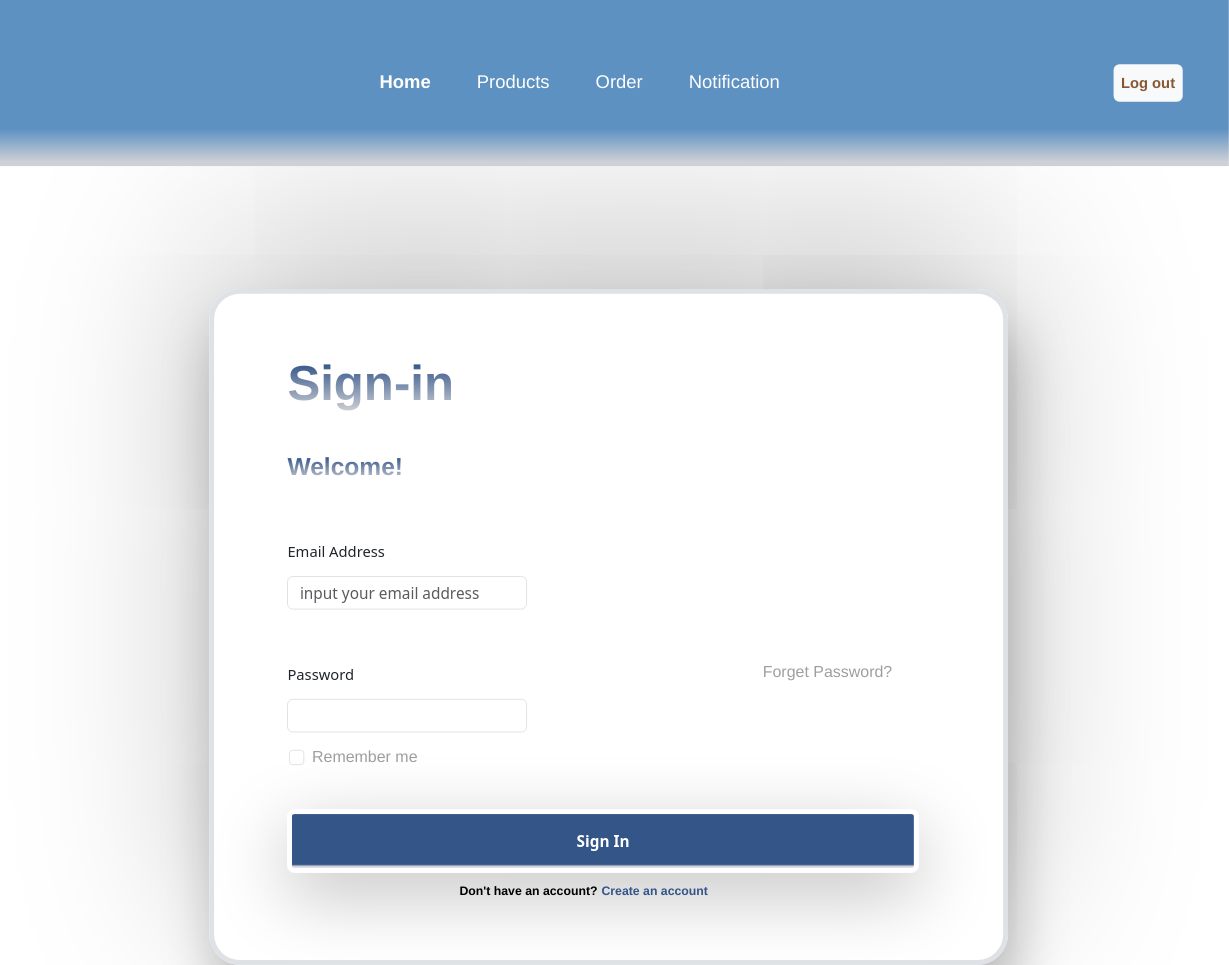
Repository: OVictor21/inventory
Page: /
These files come from the project's save history. The page is drawn as it stood at one moment and after the next save; the edit follows.
The browser window is 1280 px wide. The pictures show the whole page, at 96% of full size.
The project was rebuilt for these pictures with package versions that can differ from the ones it lists, and the page was loaded fresh each time.

Above is the page before, as saved 2024-12-14 04:14:26.

### src/index.css

nav {
  background-color: transparent;
  background: linear-gradient(180deg, rgb(93, 145, 194) 77.5%, rgb(206, 208, 214) 97.5%);

}

.navbar-brand img {
  max-width: 10vw;
  min-width: 5vw;
}

.nav-link.nav-text-current {
  font-family: "Montserrat", Helvetica;
  font-weight: 700;
  color: #ffffff;
  font-size: 1.5vw;
}

.nav-link.nav-text {
  font-family: "Montserrat", Helvetica;
  font-weight: 400;
  color: #ffffff;
  font-size: 1.5vw;
}

.nav-link.nav-text-2 {
  font-family: "Montserrat", Helvetica;
  font-weight: 600;
  color: rgb(136, 86, 51);
  font-size: 1.2vw;
}

.background {
  background-color: #000021;
}

/* .background-image {
  background-image: url('/public/back.png');
  background-size: cover;
  background-repeat: no-repeat;
  background-position: center;
  min-height: 100vh;
  color: white;
} */

.sign-in{
  width: 65vw;
  height: 55vw;
  box-shadow: 7px 37px 55px #00000040, 0px -54px 200px #00000040;
  left: 17vw;
  top: 10vw;
  overflow: hidden;
}


.text{
  top: 5vw;
  left: 6vw;
  background: linear-gradient(180deg, rgb(51, 85, 136) 13.5%, rgb(206, 208, 214) 100%);
  -webkit-background-clip: text !important;
  background-clip: text;
  -webkit-text-fill-color: transparent;
  text-fill-color: transparent;
  font-family: "Montserrat-Bold", Helvetica;
  font-weight: 700;
  color: transparent;
  font-size: 4vw;
  letter-spacing: 0;
  line-height: normal;
}



.text-wrapper-8 {
  background: linear-gradient(180deg, rgb(51, 85, 136) 13.5%, rgb(206, 208, 214) 100%);
  -webkit-background-clip: text !important;
  background-clip: text;
  -webkit-text-fill-color: transparent;
  text-fill-color: transparent;
  font-family: "Montserrat-Bold", Helvetica;
  font-weight: 600;
  color: transparent;
  font-size: 2vw;
  letter-spacing: 0;
  line-height: normal;
  top: 13vw;
  left: 6vw;
}

.email-text{
  font-size: 1.2vw;
}

.email{
  top: 20vw;
  left: 6vw;
}

.email-in{
  top: 23vw;
  left: 6vw;
  /* width: 20%; */
  height: 5%;
}

.pass{
  top: 30vw;
  left: 6vw;
}
.email-in, .pass-in {
  width: 80%; /* Reduces width to 50% of the parent */
  max-width: 250px; /* You can also set a max-width in pixels */
  box-sizing: border-box;
}
.pass-in{
  top: 33vw;
  left: 6vw;
  /* width: 80%; */
  height: 5%;
}

.text-wrapper-7{
  font-family: "Montserrat-Regular", Helvetica;
  font-weight: 400;
  color: #00000061;
  font-size: 1.3vw;
  letter-spacing: 0;
  line-height: normal;
  top: 30vw;
  text-decoration: none;
  right: 9vw;
}

.form-check-label{
  font-family: "Montserrat-Regular", Helvetica;
  font-weight: 400;
  color: #00000061;
  font-size: 1.3vw;
  letter-spacing: 0;
  line-height: normal;
  top: 37vw;
  left: 8vw;
}

.form-check-input{
  top: 36.8vw;
  left: 8vw;

}

.sign-btn{
  background: linear-gradient(180deg, rgb(51, 85, 136) 93.5%, rgb(206, 208, 214) 97%);
  font-family: "Montserrat-Bold", Helvetica;
  font-weight: 700;
  font-size: 4vw;
  letter-spacing: 0;
  line-height: normal;
  width: 80%;
  top: 42vw;
  left: 6vw;
  box-shadow: 0px 22px 75px #00000040;
}

.acct{
  font-family: "Montserrat-Regular", Helvetica;
  font-weight: 700;
  color: #000000;
  font-size: 1vw;
  letter-spacing: 0;
  line-height: normal;
  top: 48vw;
  left: 20vw;
}

.acct-1{
  font-family: "Montserrat-Bold", Helvetica;
  font-weight: 700;
  color: rgb(51, 85, 136);
  font-size: 1vw;
  text-decoration: none;
  letter-spacing: 0;
  line-height: normal;
  top: 48vw;
  right: 24vw;
}



.pass-text{
font-size: 1.2vw;
}

### src/App.js
import Navbar from './navbar';
import 'bootstrap/dist/css/bootstrap.min.css';
import Body from './body';


function App() {
  return (
    <div className="App">
      <Navbar />
      <Body />
    </div>
  );
}

export default App;

### src/navbar.js

const Navbar = () => {
    return (
        <nav className="navbar navbar-expand-md justify-content-center p-5 z-1">
        <button className="navbar-toggler ms-auto" type="button" data-bs-toggle="collapse" data-bs-target="#collapseNavbar">
            <span className="navbar-toggler-icon"></span>
        </button>

        <div className="navbar-collapse collapse" id="collapseNavbar">
            <ul className="navbar-nav justify-content-center w-100 ">
            <li className="nav-item m-3">
                <a className="nav-link nav-text-current" href="/home">Home</a>
            </li>
            <li className="nav-item m-3">
                <a className="nav-link nav-text" href="/products">Products</a>
            </li>
            <li className="nav-item m-3">
                <a className="nav-link nav-text" href="/order">Order</a>
            </li>
            <li className="nav-item m-3">
                <a className="nav-link nav-text" href="/notifications">Notification</a>
            </li>
            </ul>

            <ul className="navbar-nav ms-auto justify-content-end">
            <li className="nav-item bg-light rounded">
                <button className="nav-link nav-text-2 text-nowrap btn btn-link">Log out</button>

            </li>
            </ul>
        </div>
        </nav>



      );
}

export default Navbar;

### src/body.js
import React from 'react';

const Body = () => {
  return (
    <div className="login">

         <form >
        <div class="sign-in position-relative border border-5 rounded-5">
        <div class="mb-3">
            <p class="text position-absolute">Sign-in</p>
            <div class="text-wrapper-8 position-absolute">Welcome!</div>

          <label for="exampleInputEmail1" class="form-label email position-absolute"><span class="email-text"> Email Address</span></label>
          <input type="email" class="form-control email-in position-absolute" id="exampleInputEmail1" aria-describedby="emailHelp" placeholder="input your email address"/>
        </div>
        <div class="mb-3">
          <label for="exampleInputPassword1" class="form-label pass position-absolute"><span class="pass-text">Password</span> </label>
          <input type="password" class="form-control pass-in position-absolute" id="exampleInputPassword1"/>
          <a href="/forgotpassword" class="text-wrapper-7 position-absolute">Forget Password?</a>
        </div>

        <div class="mb-3 form-check">
            <input type="checkbox" class="form-check-input position-absolute" id="exampleCheck1"/>
            <label class="form-check-label position-absolute" for="exampleCheck1">Remember me</label>
          </div>
        <button type="submit" class="btn sign-btn position-absolute border-white border-5 rounded-3 p-3 text-white fw-bold">Sign In</button>
        <p  class="acct position-absolute">Don't have an account?</p> <a href="/createacct" class="acct-1 position-absolute">Create an account</a>


        </div>


    </form>

    </div>
  );
};

export default Body;

Loaded but not shown: public/index.html (common file); src/index.js (common file); src/reportWebVitals.js (common file)

After the next save:
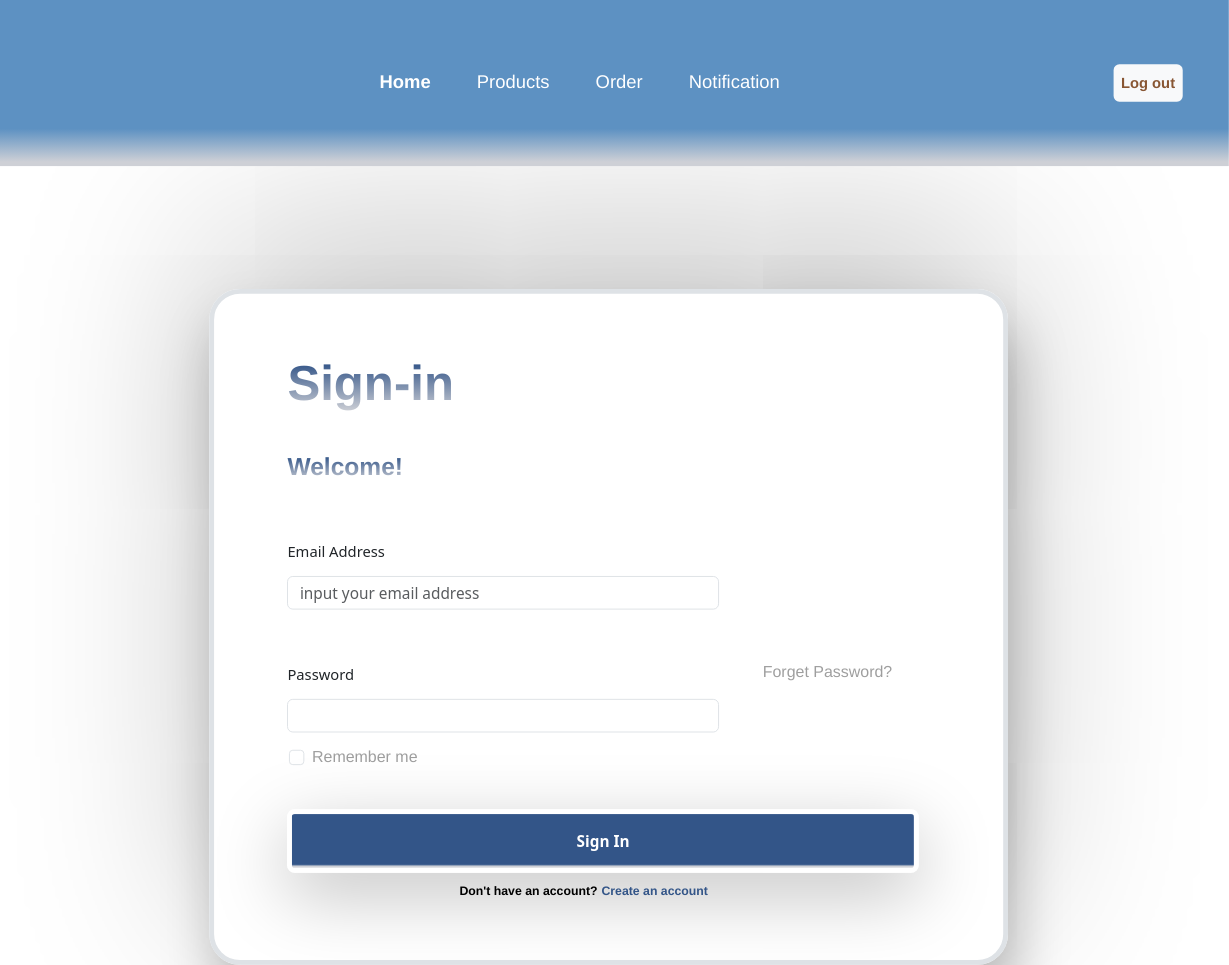
Saved 10 s later.
--- a/src/index.css
+++ b/src/index.css
@@ -110,7 +110,7 @@ nav {
 }
 .email-in, .pass-in {
   width: 80%; /* Reduces width to 50% of the parent */
-  max-width: 250px; /* You can also set a max-width in pixels */
+  max-width: 450px; /* You can also set a max-width in pixels */
   box-sizing: border-box;
 }
 .pass-in{
